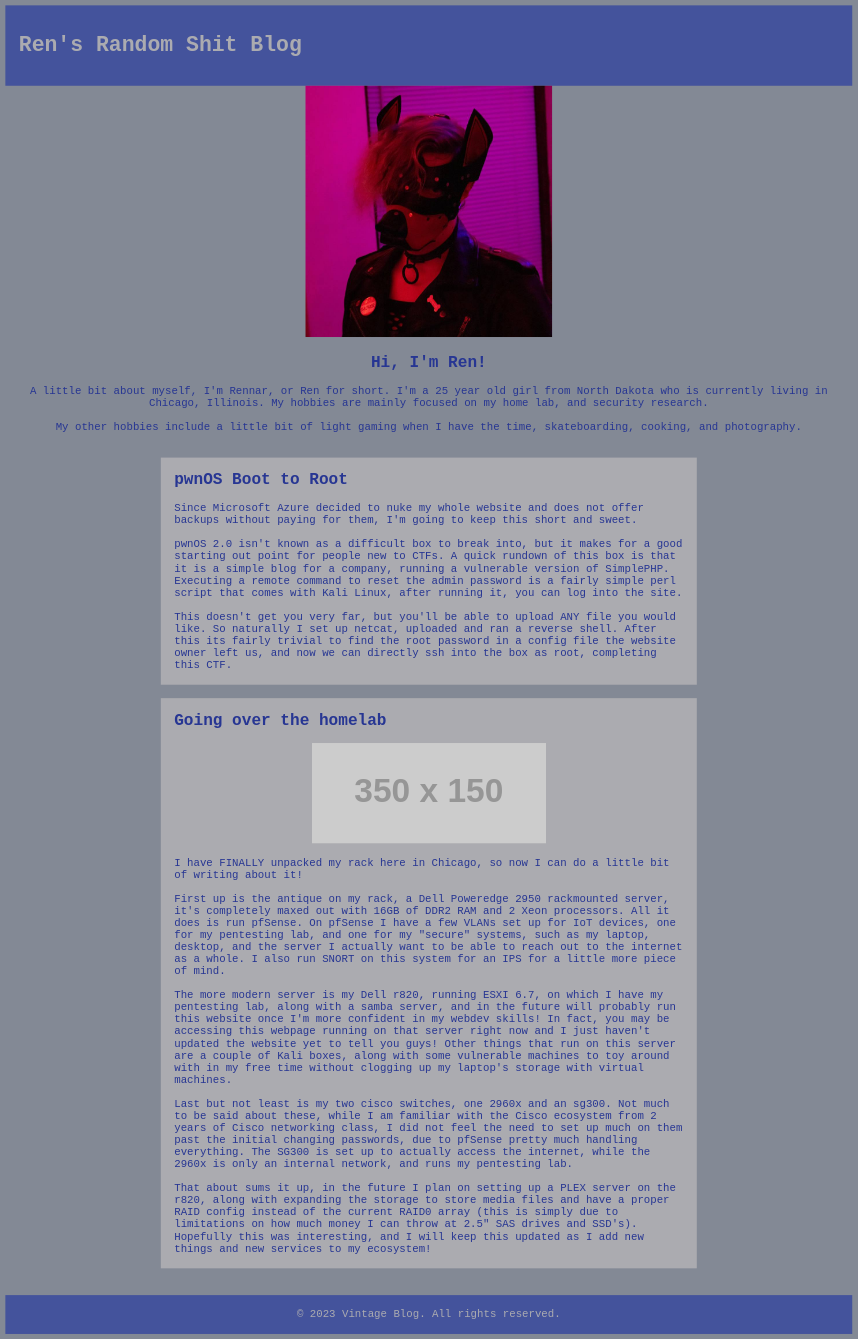
Repository: RennarDeer/RenDev
Page: index.html
The author's editor kept a copy of each file at every save. The page is drawn from the files as they stood at one save, then again after the next save.
The browser window is 1280 px wide. The pictures show the whole page, at 67% of full size.

Above is the page before, as saved 2023-02-14 22:24:40.

After the next save:
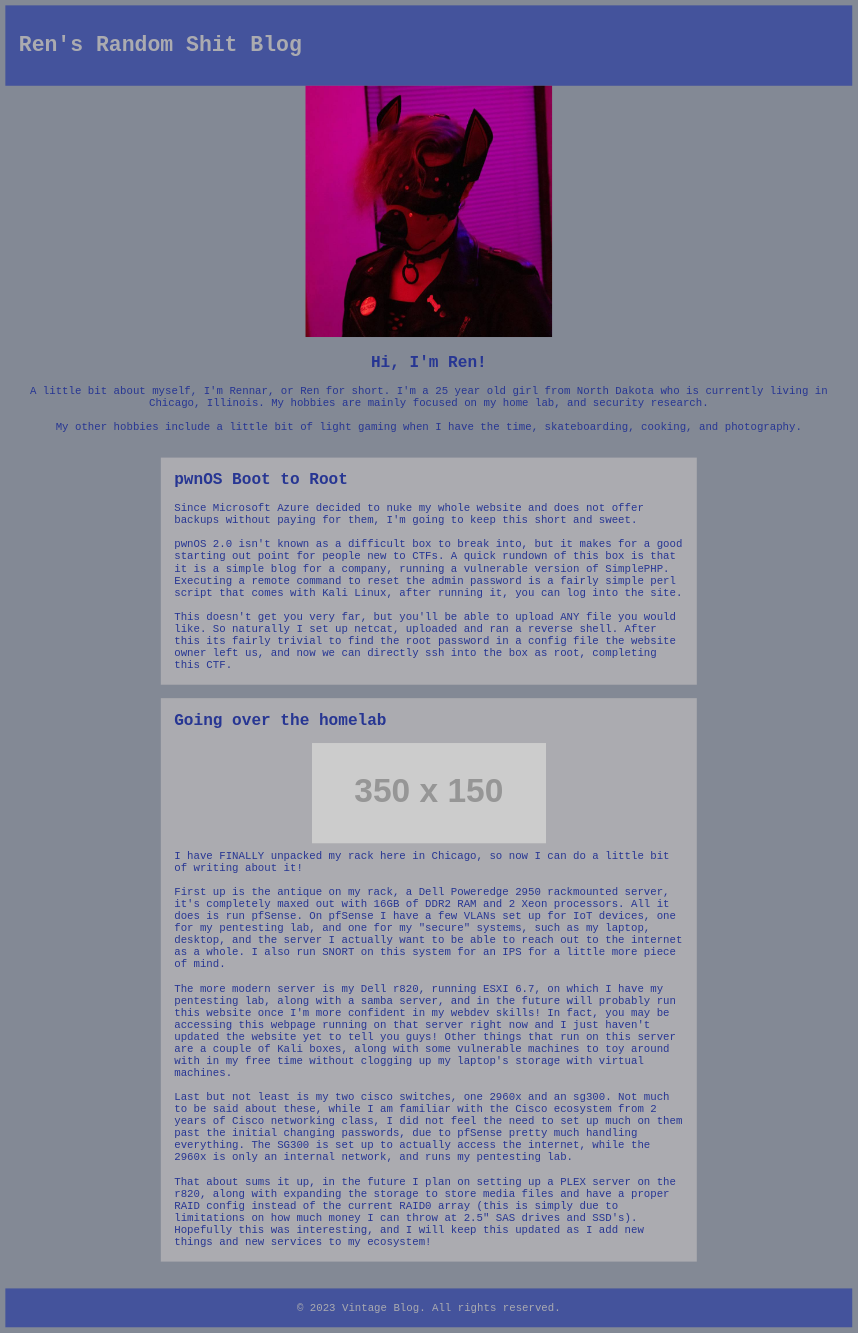
Saved 84 s later.
--- a/style.css
+++ b/style.css
@@ -50,7 +50,7 @@
 
   article img {
     display: block;
-    margin: 20px auto;
+    margin: 10px auto;
   }
 
   footer {

After the 2 saves that followed:
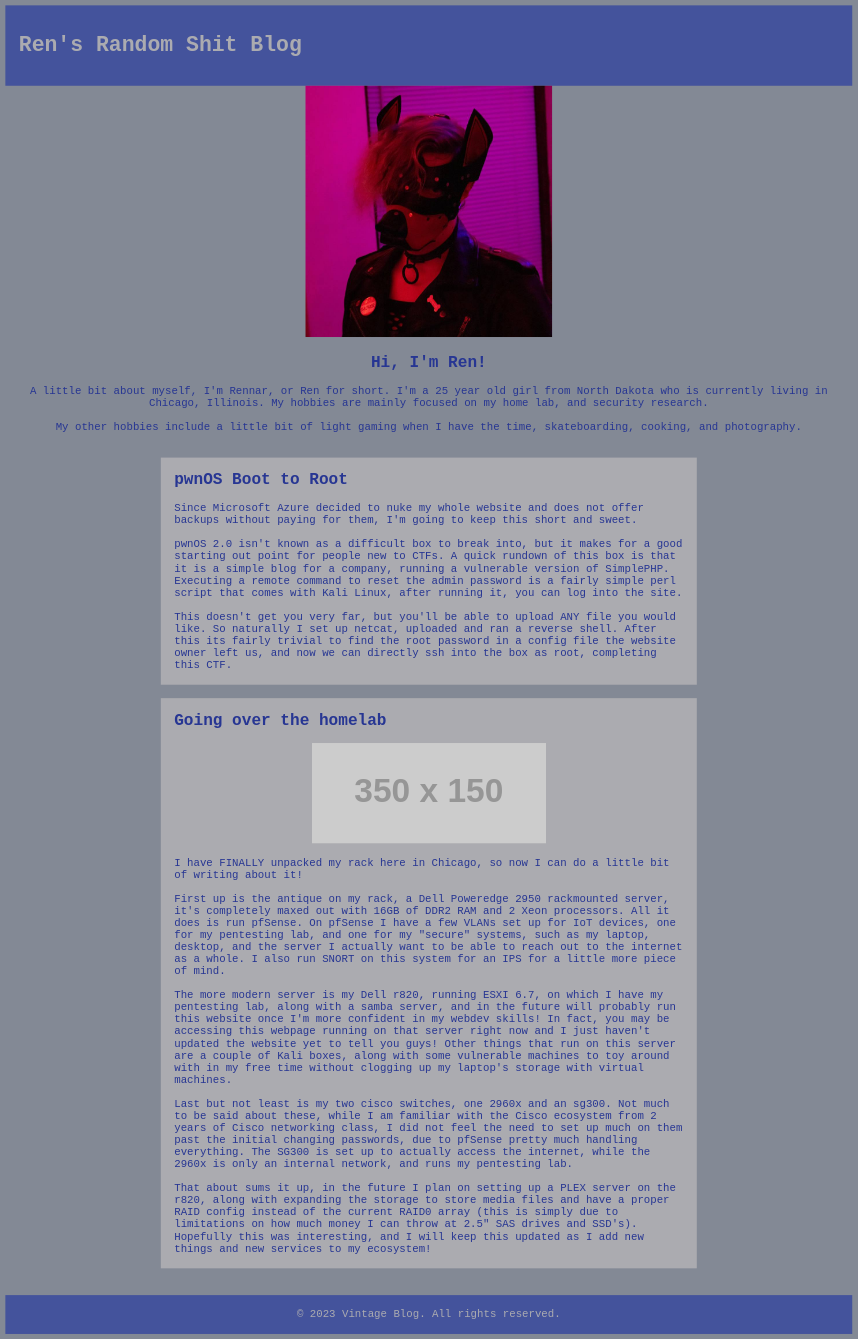
The 2 saves are shown as one change because 1 left the picture as it was.
The last was saved 111 s later.
--- a/index.html
+++ b/index.html
@@ -46,7 +46,7 @@
       </article>
       <article>
         <h2>Going over the homelab</h2>
-                        <img src="https://via.placeholder.com/350x150" alt="Blog Post Image">
+                        <left><img src="https://via.placeholder.com/350x150" alt="Blog Post Image"></left>
 
                         I have FINALLY unpacked my rack here in Chicago, so now I can do a little bit of writing about it!
 
--- a/style.css
+++ b/style.css
@@ -50,7 +50,7 @@
 
   article img {
     display: block;
-    margin: 10px auto;
+    margin: 20px auto;
   }
 
   footer {
